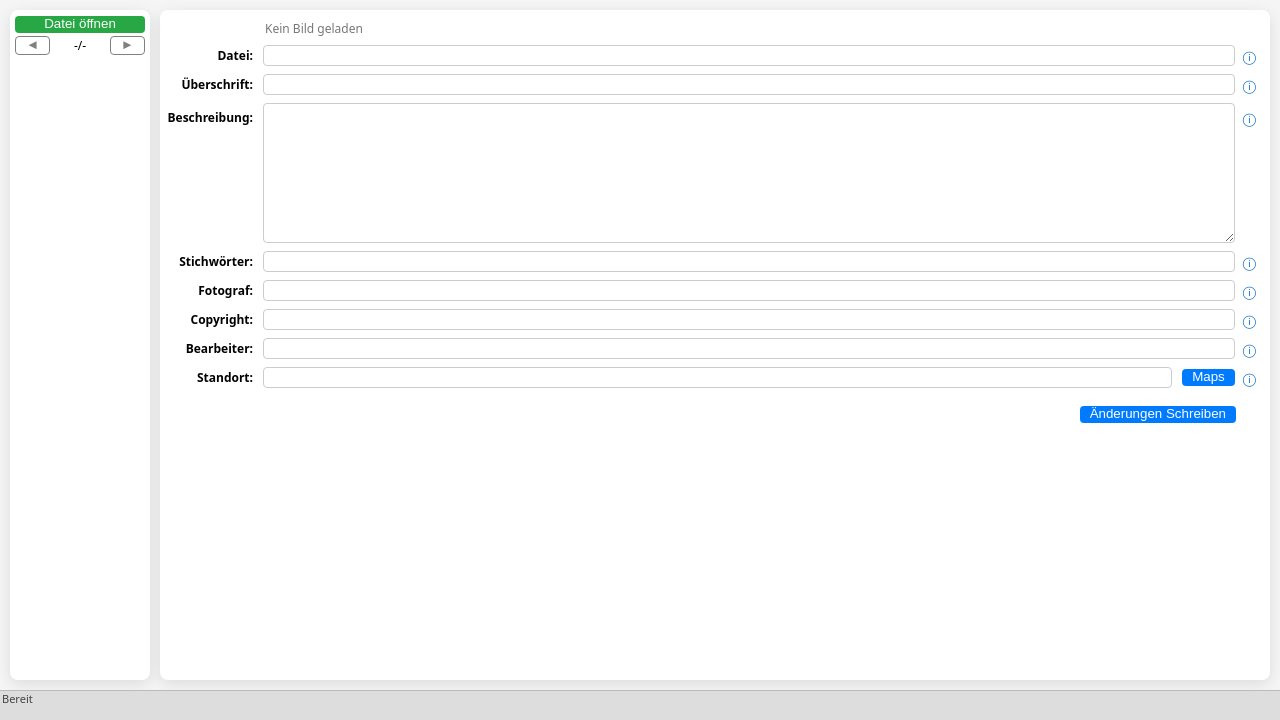
Repository: h-fahle/metadata
Page: ui/index.html
The author's editor kept a copy of each file at every save. The page is drawn from the files as they stood at one save, then again after the next save.
The browser window is 1280 px wide. The pictures show the whole page.

Above is the page before, as saved 2026-08-20 10:05:14.

### ui/index.html
<!DOCTYPE html>
<html lang="de">

<head>
	<meta charset="UTF-8">
	<title>Tauri ExifTool Test</title>
	<script src="script.js" defer></script>
	<link rel="stylesheet" href="style.css">
</head>

<body>

	<main id="main-container">

		<!-- Das Vorschaubild links -->
		<aside id="sidebar">

			<button id="file-open" onclick="dateiAuswählen()">Datei öffnen</button>

			<div id="nav">
				<button class="blaettern" onclick="blaettern(-1)">◄</button>
				<span id="img-nummer">-/-</span>
				<button class="blaettern" onclick="blaettern(1)">►</button>
			</div>

			<!-- 		<select id="menue-oeffnen" onchange="menueAktion(this)" >
				<option value="dateien">🖼️ Bilder öffnen...</option>
				<option value="ordner">📁 Ordner öffnen...</option>
			</select>
 -->
			<img id="vorschau-bild" src="" style="display:none;" />
			<div id="bild-info" style="text-align:center;">
				<span id="img-datum"></span><br>
				<span id="img-groesse"></span>
			</div>
		</aside>

		<!-- Das Formular rechts -->
		<section id="form-container">

			<div id="ordner-pfad">Kein Bild geladen</div>

			<div class="form-row">
				<label for="filename">Datei:</label>
				<input type="text" id="filename" name="filename" style="font-weight:bold;"/>
				<div class="tooltip-container">
					<span class="info-icon">ⓘ</span>
					<div class="tooltip-box">Im Einzelmodus: Änderung des Dateinamens bewirkt Umbenennung der Datei.
						Im Stapelmodus: Ordnername is nicht änderbar.!
					</div>
				</div>
			</div>

			<div class="form-row">
				<label for="caption">Überschrift:</label>
				<input type="text" id="caption" name="caption" />
				<div class="tooltip-container">
					<span class="info-icon">ⓘ</span>
					<div class="tooltip-box">Auch: (Dokument-)Titel, Schlagzeile, Headline
					</div>
				</div>
			</div>

			<div class="form-row form-row-top">
				<label for="description">Beschreibung:</label>
				<textarea id="description" name="description"></textarea>
				<div class="tooltip-container">
					<span class="info-icon">ⓘ</span>
					<div class="tooltip-box">Beschreibender Text in beliebiger Länge.
						(Im Stapelmodus wird der eingegebene Text
						&nbsp;&nbsp; an vorhandenen angehängt.)
						Hinweis: Einige Programme zeigen nur 2.000 Zeichen
						&nbsp;&nbsp; oder auch weniger an.
					</div>
				</div>
			</div>

			<div class="form-row">
				<label for="keywords">Stichwörter:</label>
				<input type="text" id="keywords" name="keywords" />
				<div class="tooltip-container">
					<span class="info-icon">ⓘ</span>
					<div class="tooltip-box">Komma-separierte Liste. Groß-/Kleinschreibung beachten.
						Im Stapelmodus werden die eingegebenen Stichwörter
						&nbsp;&nbsp; an vorhandene angehängt.
					</div>
				</div>
			</div>

			<div class="form-row">
				<label for="creator">Fotograf:</label>
				<input type="text" id="creator" name="creator" />
				<div class="tooltip-container">
					<span class="info-icon">ⓘ</span>
					<div class="tooltip-box">Urheber, Ersteller, Autor
						(Tags: Artitst, Creator, By-line)
					</div>
				</div>
			</div>

			<div class="form-row">
				<label for="copyright">Copyright:</label>
				<input type="text" id="copyright" name="copyright" />
				<div class="tooltip-container">
					<span class="info-icon">ⓘ</span>
					<div class="tooltip-box">Urheberrechtshinweis; enthält in der Regel:
						Name des Fotografen, Aufnahmejahr und Nutzungsrechte;
						(z.B. 'Copyright [1975] [Mustermann], Alle Rechte vorbehalten')
					</div>
				</div>
			</div>

			<div class="form-row">
				<label for="editor">Bearbeiter:</label>
				<input type="text" id="editor" name="editor" />
				<div class="tooltip-container">
					<span class="info-icon">ⓘ</span>
					<div class="tooltip-box">Verfasser der Metadaten
						(Tags: Caption Writer, Writer Editor)
					</div>
				</div>
			</div>

			<div class="form-row">
				<label for="position">Standort:</label>
				<input type="text" id="position" name="position" />
				<button type="button" onclick="zeigeMaps(event)" style="background: #007BFF;">Maps</button>
				<div class="tooltip-container">
					<span class="info-icon">ⓘ</span>
					<div class="tooltip-box">GPS-Koordinaten in Dezimalgrad (51.49129, 8.43317).
						Ermitteln der Koordinaten in der Google Maps-Karte:
						&nbsp; 1. mit rechter Maustaste auf den Standort klicken,
						&nbsp; 2. auf die angezeigten Koordinaten klicken,
						&nbsp; 3. der so gespeicherte Wert kann dann mit Strg+V
						&nbsp;&nbsp;&nbsp;&nbsp;&nbsp;&nbsp; kopiert werden."
					</div>
				</div>
			</div>

			<!-- Button-Leiste -->
			<div class="button-group">
				<button type="button" onclick="exifSchreiben(event)" style="background: #007BFF;">Änderungen
					Schreiben</button>
			</div>

		</section> <!-- Ende der form-containers-->
	</main> <!-- Ende des main-containers -->

	<footer id="statusleiste">
		<div id="status-text">
			Bereit
		</div>
	</footer>


</body>

</html>

### ui/script.js
let aktuellerBildPfad = "";
let bilderListe = [];
let aktuellerIndex = -1;
let status = document.getElementById('statusleiste');


function zeigeStatus(nachricht) {
    status.innerText = nachricht;
}

async function dateiAuswählen() {
    try {
        const ergebnis = await window.__TAURI__.core.invoke('plugin:dialog|open', {
            options: {
                title: 'Bilddatei für ExifTool auswählen',
                directory: false,
                multiple: false,
                filters: [
                    { name: 'Bilder', extensions: ['jpg', 'jpeg', 'png', 'gif', 'tif', 'tiff', 'webp', 'avif', 'heic', 'heif'] }
                ]
            }
        });

        if (ergebnis) {
            const pfad = typeof ergebnis === 'object' ? ergebnis.path : ergebnis;
            aktuellerBildPfad = pfad;

            // Bilderliste des Ordners auslesen
            await ladeOrdnerBilder(pfad);

            // Metadaten für das aktuelle Bild einlesen
            exifAuslesen();
        }
    } catch (fehler) {
        zeigeStatus("Dialog-Fehler: " + fehler);
    }
}

async function ladeOrdnerBilder(pfad) {
    try {
        bilderListe = await window.__TAURI__.core.invoke('hole_ordner_bilder', { dateipfad: pfad });
        // Finde den Index des aktuell geöffneten Bildes
        aktuellerIndex = bilderListe.indexOf(pfad);
    } catch (fehler) {
        console.error("Fehler beim Laden des Ordnerinhalts:", fehler);
        ausgabe.innerHTML = "<span style='color: red;'>Fehler beim Laden des Ordnerinhalts: " + fehler + "</span>";
        bilderListe = [pfad];
        aktuellerIndex = 0;
    }
}

function blaettern(richtung) {
    if (bilderListe.length === 0) return;

    aktuellerIndex += richtung;

    // Begrenzungen einhalten
    if (aktuellerIndex < 0) {
        aktuellerIndex = 0;
        return;
    }
    if (aktuellerIndex >= bilderListe.length) {
        aktuellerIndex = bilderListe.length - 1;
        return;
    }

    aktuellerBildPfad = bilderListe[aktuellerIndex];
    exifAuslesen();
}

async function exifAuslesen() {
    const pfad = aktuellerBildPfad;
    const vorschauImg = document.getElementById("vorschau-bild");

    zeigeStatus("Rufe ExifTool auf...");

    try {
        // 1. Metadaten über Rust holen
        const jsonText = await window.__TAURI__.core.invoke('lese_bild_metdaten', { dateipfad: pfad });
        const datenObjekt = JSON.parse(jsonText)[0]; 	// Das 1. JSON-Objekt im JSON-Array in JS-Objekt umwandeln

        if (bilderListe.length > 0) {
            document.getElementById('img-nummer').innerText = `${aktuellerIndex + 1}/${bilderListe.length}`;
        } else {
            document.getElementById('img-nummer').innerText = '0/0';
        }

        let aufnahmeDatum = datenObjekt.DateTimeOriginal;
        if (typeof aufnahmeDatum === 'undefined') aufnahmeDatum = '---';

        document.getElementById('img-datum').innerText = '\u{1F4F7} ' + aufnahmeDatum || '';
        document.getElementById('img-groesse').innerText = '⤢ ' + datenObjekt.ImageSize || '';

        document.getElementById('filename').value = datenObjekt.FileName || '';
        document.getElementById('caption').value = datenObjekt.CMB_Caption || '';
        document.getElementById('description').value = datenObjekt.Description || '';
        document.getElementById('keywords').value = datenObjekt.Keywords || '';
        document.getElementById('creator').value = datenObjekt.Creator || '';
        document.getElementById('copyright').value = datenObjekt.Copyright || '';
        document.getElementById('editor').value = datenObjekt.CMB_Editor || '';
        document.getElementById('position').value = datenObjekt.GPSPosition || '';

        const vollerPfad = pfad;
        // Erkennt automatisch Linux-Schrägstriche (/) und Windows-Backslashes (\)
        const letzterSlash = Math.max(vollerPfad.lastIndexOf('/'), vollerPfad.lastIndexOf('\\'));
        let ordner = "Unbekannt";
        if (letzterSlash !== -1) {
            ordner = vollerPfad.substring(0, letzterSlash);
        }
        // Den berechneten Ordnerpfad in das neue Label schreiben
        document.getElementById('ordner-pfad').innerText = ordner;

        // Wir nehmen das erste Element der Liste (ExifTool liefert immer ein Array)
        zeigeStatus(jsonText);

        // Wir fragen Rust nach dem besten Weg für das Bild
        const vorschauErgebnis = await window.__TAURI__.core.invoke('hole_vorschaubild', { dateipfad: pfad });

        if (vorschauErgebnis === "STANDARD") {
            // Normales JPG/PNG über das Asset-Protokoll
            const assetUrl = window.__TAURI__.core.convertFileSrc(pfad);
            vorschauImg.src = assetUrl + "?t=" + new Date().getTime();
        } else if (vorschauErgebnis.startsWith("data:[embedded picture, 23 characters]")) {
            // TIF/TIFF über den im RAM kompilierten Rust-Wandler
            vorschauImg.src = vorschauErgebnis;
        }

        vorschauImg.style.display = "block";

    } catch (fehler) {
        zeigeStatus("Fehler: " + fehler);
        vorschauImg.style.display = "none";
    }
}

async function zeigeMaps(event) {
    event.preventDefault()
    let gps = document.getElementById('position').value;

    try {
        // Ruft direkt unsere eigene, sichere Rust-Funktion auf
        await window.__TAURI__.core.invoke('oeffne_maps_browser', {
            gpsString: gps
        });
    } catch (fehler) {
        console.error("Fehler:", fehler);
        ausgabe.innerHTML = "<span style='color: red;'>Fehler bei öffnen Maps: " + fehler + "</span>";
    }
}

async function exifSchreiben(ereignis) {
    if (ereignis) ereignis.preventDefault();  // verbietet dem Browser den automatischen Seiten-Reset!

    const pfad = aktuellerBildPfad;

    zeigeStatus("Speichere Daten über ExifTool...");

    // Wir sammeln alle aktuellen Werte aus den Eingabefeldern ein
    const daten = {
        dateipfad: pfad,
        filename: document.getElementById('filename').value,
        caption: document.getElementById('caption').value,
        description: document.getElementById('description').value,
        keywords: document.getElementById('keywords').value.split(',').map(s => s.trim()).join(', '),
        creator: document.getElementById('creator').value,
        copyright: document.getElementById('copyright').value,
        editor: document.getElementById('editor').value,
        gps: document.getElementById('position').value
    };

    try {
        // Wir schicken das gesamte Paket an die Rust-Funktion 'schreibe_bild_metdaten'
        const antwort = await window.__TAURI__.core.invoke('schreibe_bild_metdaten', daten);

        // Bei Erfolg zeigen wir die Meldung in grüner Schrift an
        zeigeStatus(antwort);

        // 2. Da der Pfad dank preventDefault() jetzt bombenfest im Feld stehen bleibt,
        // funktioniert das Neuladen nun augenblicklich und fehlerfrei!
        await exifAuslesen();

    } catch (fehler) {
        // Falls etwas schiefgeht (z.B. Datei schreibgeschützt), zeigen wir den Fehler an
        zeigeStatus("Fehler: " + fehler);
    }
}

### ui/style.css
/* 1. Das App-Fenster exakt auf 100% fixieren (kein äußeres Scrollen) */
html, body {
	margin: 0;
	padding: 0;
	height: 100vh;
	width: 100vw;
	overflow: hidden; /* Verhindert jegliche äußere Scrollbalken */
	background: #f5f5f5;
	font-family: system-ui, -apple-system, "Segoe UI", Roboto, Helvetica, Arial, sans-serif;
	font-size: 12px;
	display: flex;
	flex-direction: column; /* Hauptinhalt oben, Statusleiste unten */
}

/* Allumfassender Box-Sizing-Fix für die gesamte App */
*, *::before, *::after {
	box-sizing: border-box;
}

/* 2. Der Hauptbereich füllt den gesamten oberen Platz aus */
#main-container {
	flex: 1;
	display: flex;
	flex-direction: row; /* Elemente nebeneinander */
	gap: 10px;
	padding: 10px;
	overflow: hidden; /* Verhindert, dass Riesen-Inhalte das Fenster sprengen */
}

/* 3. LINKS: Die Sidebar mit fester Breite */
#sidebar {
	width: 140px;
	min-width: 140px; /* Lässt die Sidebar niemals schrumpfen */
	background-color: #ffffff;
	border-radius: 8px;
	padding: 5px;
	box-shadow: 0 4px 15px rgba(0, 0, 0, 0.1);
}

/* 4. RECHTS: Das Formular nimmt den gesamten Rest ein und wächst mit */
#form-container {
	flex: 1; /* Nimmt 100% des restlichen Platzes ein */
	min-width: 0; /* Erlaubt Flexbox, die Box bei Bedarf zu verkleinern */
	background-color: #ffffff;
	border-radius: 8px;
	padding: 10px;
	display: flex;
	flex-direction: column;
	gap: 8px;
	box-shadow: 0 4px 15px rgba(0, 0, 0, 0.1);
}

/* Jede Zeile wird zu einer horizontalen Flexbox */
.form-row {
	display: flex !important;
	flex-direction: row;
	align-items: center; /* Richtet Label und Input vertikal mittig zueinander aus */
	gap: 10px;           /* Abstand zwischen Label und Input */
	width: 100%;
}

/* Die Labels bekommen eine feste Breite, damit alle Inputs sauber untereinander starten */
.form-row label {
	width: 95px;         /* Breite je nach längstem Label-Text anpassen */
	min-width: 95px;     /* Verhindert, dass das Label zusammengedrückt wird */
	text-align: right;   /* Optional: Richtet den Text rechtsbündig zum Input aus */
	font-weight: bold;
	margin-left: -12px;
}

/* Die Eingabefelder füllen jetzt den gesamten restlichen Platz der Zeile aus */
.form-row input,
.form-row textarea {
	flex: 1;             /* Zwingt das Input-Feld, den Rest der Zeile einzunehmen */
	width: 100%;
	min-width: 0;        /* Erlaubt dem Input, bei sehr kleinen Fenstern stabil zu schrumpfen */
	/* padding: 8px; */
	border: 1px solid #ccc;
	border-radius: 4px;
	padding: 2px;
	-webkit-font-smoothing: antialiased;
}
.form-row textarea {
	min-height: 140px;
}

/* Ändert die Ausrichtung für diese spezielle Zeile nach oben */
.form-row-top {
	align-items: flex-start !important; /* Richtet Label, Textarea und Icon oben aus */
}
.form-row-top label,
.form-row-top .tooltip-container {
	padding-top: 6px; /* Verhindert, dass das Label zu weit oben klebt */
}


/* 5. UNTEN: Die Statusleiste mit fixer Höhe und eigenem Scrollbalken */
#statusleiste {
	height: 30px; /* Feste Höhe für ca. 2 Zeilen Text */
	min-height: 30px;
	border-top: 1px solid #bbb;
	background-color: #ddd;
	font-size: 11px;
	color: #444;
	padding: 0 2px;
	overflow-y: auto; /* Vertikaler Scrollbalken erscheint NUR bei Bedarf */
	overflow-x: hidden; /* Verhindert horizontales Scrollen in der Statusleiste */
	-webkit-font-smoothing: antialiased;
}

div#nav {
	width: 130px;
	display: flex;
	justify-content: space-between;
	align-items: center;
	margin-bottom: 10px;
}

#vorschau-bild {
	width: 130px;
	height: auto;
	border: 1px outset gray;
}


/* Container des Formulars ----------------------------------------- */
#mein-formular-container {
	flex-grow: 1;
	margin: 0;
	padding: 5px 10px;
	background-color: #ffffff;
	border-radius: 8px;
	box-shadow: 0 4px 15px rgba(0, 0, 0, 0.1);
	font-family: Arial, sans-serif;
}

#mein-formular-container div {
	display: flex;
	align-items: center;
	margin: 6px 0;
	/* Geringer Zeilenabstand */
	width: 100%;
	margin-top: 5px;
	/* Kleiner Abstand nach oben */
	margin-bottom: 5px;
	/* Kleiner Abstand nach unten */
}

#ordner-pfad {
	margin-left: 95px !important;
	color: #777777;
}


/* Bedien-Elemente -------------------------------------------- */
button {
	padding: 0px 10px 2px 10px;
	cursor: pointer;
	background: #28a745;
	color: white;
	border: none;
	border-radius: 4px;
}

button#file-open {
	width: 130px;
	margin-bottom: 3px;
}

button.blaettern {
	border: 1px solid gray;
	color: gray;
	background-color: white;
}

/* Der Absendeknopf richtet sich nach den Eingabefeldern aus */
.button-group {
	display: flex;
	justify-content: flex-end;
	margin: 10px 24px 0 0;
}

.button-group button {
	margin-left: 5px;
}

select {
	-moz-appearance: none;
	-webkit-appearance: none;
	appearance: none;
	border: none;
	border-radius: 4px;
	background: #28a745;
	color: white;
	width: 120px;
}


/* Tooltip ---------------------------------------------------------- */

/* Container für das Icon und die Box */
.tooltip-container {
	position: relative; /* Wichtig, damit sich die Box am Icon ausrichtet */
	display: inline-flex;
	align-items: center;
	cursor: help;       /* Zeigt das Fragezeichen/Hilfe-Symbol als Mauszeiger */
	margin-left: -6px;
}

/* Das Info-Icon selbst */
.info-icon {
	color: #0066cc;     /* Schönes Info-Blau */
	padding: 0 4px;
	font-size: 13px;
}

/* Die selbstdefinierte Tooltip-Box (Standardmäßig versteckt) */
.tooltip-box {
	position: absolute;
	bottom: 125%;       /* Platziert die Box direkt ÜBER dem Icon */
	right: 0;           /* Richtet die Box am rechten Rand des Icons aus */

	width: max-content;
	max-width: 400px;      /* Verhindert, dass der Tooltip bei sehr viel Text das Fenster sprengt */
	white-space: pre-line;

	background-color: lightyellow;
	color: black;
	border: 1px solid gray;
	padding: 2px 4px;
	border-radius: 6px;
	font-size: 11px;
	line-height: 1.4;
	box-shadow: 0 4px 10px rgba(0, 0, 0, 0.2);
	z-index: 1001;      /* Über der Statusleiste (1000), falls sie sich überschneiden */

	/* Animation & Verstecken */
	opacity: 0;
	visibility: hidden;
	transition: opacity 0.2s ease-in-out, visibility 0.2s;
	pointer-events: none; /* Verhindert, dass die Box beim unabsichtlichen Drüberfahren flackert */
}

/* Der kleine Pfeil unten an der Tooltip-Box (Optional) */
.tooltip-box::after {
	content: "";
	position: absolute;
	top: 100%;          /* Am unteren Rand der Box */
	right: 8px;         /* Ausrichtung passend zum Icon */
	border-width: 5px;
	border-style: solid;
	border-color: #333333 transparent transparent transparent;
}

/* HOVER-EFFEKT: Wenn man über das Icon ODER den Container fährt, wird die Box sichtbar */
.tooltip-container:hover .tooltip-box {
	opacity: 1;
	visibility: visible;
}

After the next save:
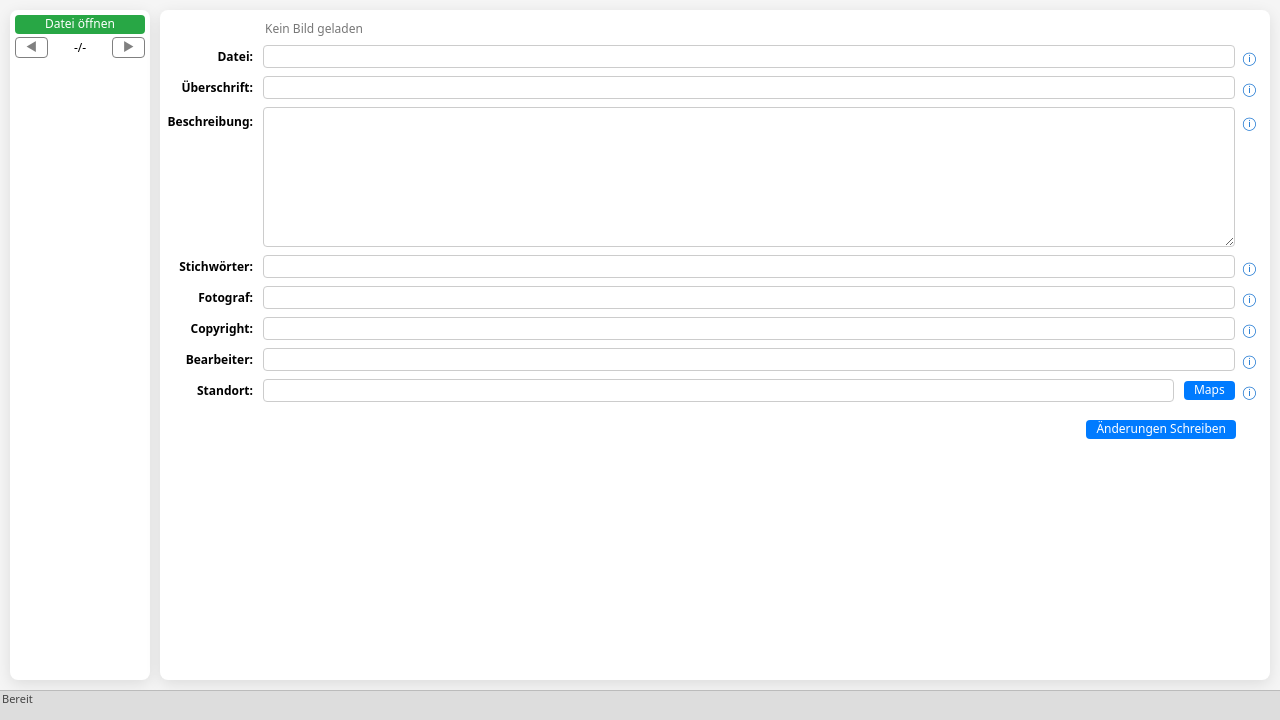
Saved 7 min 34 s later.
--- a/ui/style.css
+++ b/ui/style.css
@@ -12,6 +12,14 @@ html, body {
 	flex-direction: column; /* Hauptinhalt oben, Statusleiste unten */
 }
 
+input,
+textarea,
+button,
+select {
+	font-family: inherit;
+	font-size: inherit;
+}
+
 /* Allumfassender Box-Sizing-Fix für die gesamte App */
 *, *::before, *::after {
 	box-sizing: border-box;
@@ -74,7 +82,6 @@ html, body {
 	flex: 1;             /* Zwingt das Input-Feld, den Rest der Zeile einzunehmen */
 	width: 100%;
 	min-width: 0;        /* Erlaubt dem Input, bei sehr kleinen Fenstern stabil zu schrumpfen */
-	/* padding: 8px; */
 	border: 1px solid #ccc;
 	border-radius: 4px;
 	padding: 2px;
